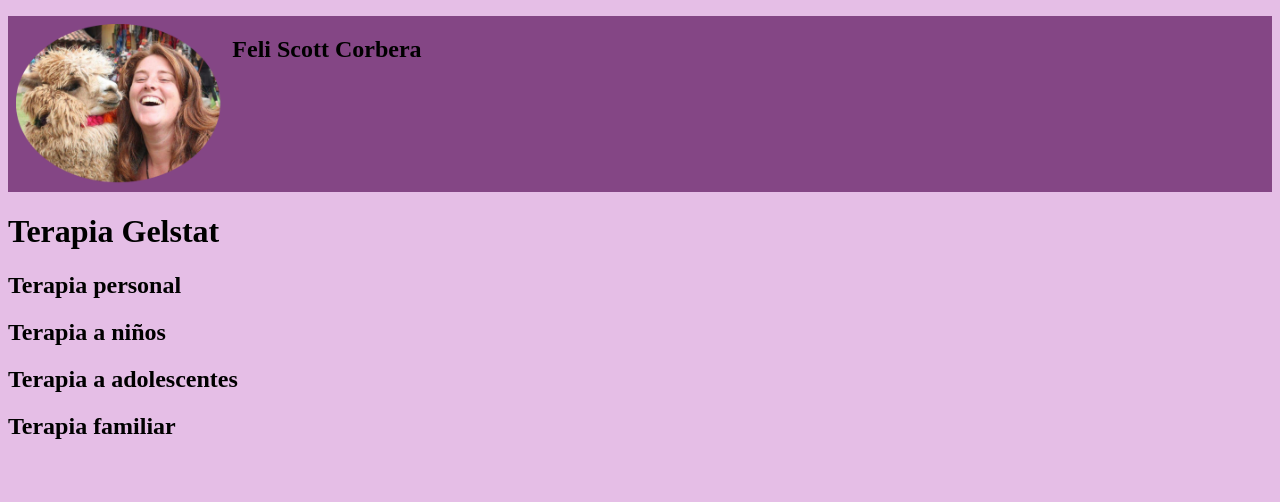
Repository: Jogalso/webPsicologa
Page: /
These files come from the project's save history. The page is drawn as it stood at one moment and after the next save; the edit follows.
The browser window is 1280 px wide. The pictures show the whole page.
The project was rebuilt for these pictures with package versions that can differ from the ones it lists, and the page was loaded fresh each time. The framework's server and built-in components were replaced by stand-ins that run in the browser.

Above is the page before, as saved 2021-07-12 11:57:42.

After the next save:
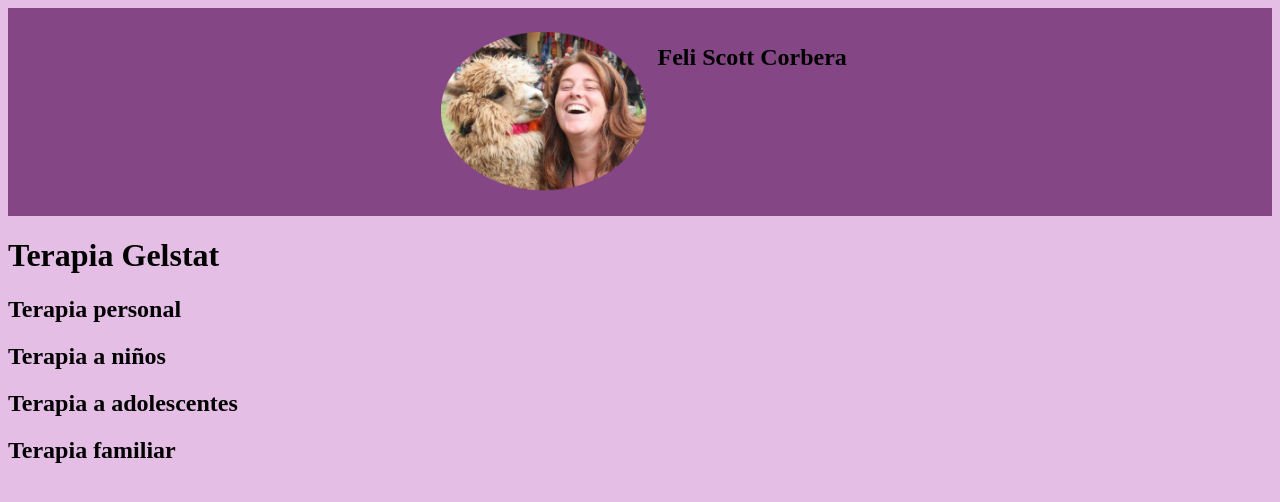
Saved 18 s later.
--- a/components/Contenido.js
+++ b/components/Contenido.js
@@ -22,7 +22,8 @@ export default function Contenido() {
                 {`
                     .Header{
                         background: #844685;
-                        text-align: center;
+                        display: flex;
+                        justify-content: center;
                     }
                     .InfoTerapetua{
                         display: flex;
